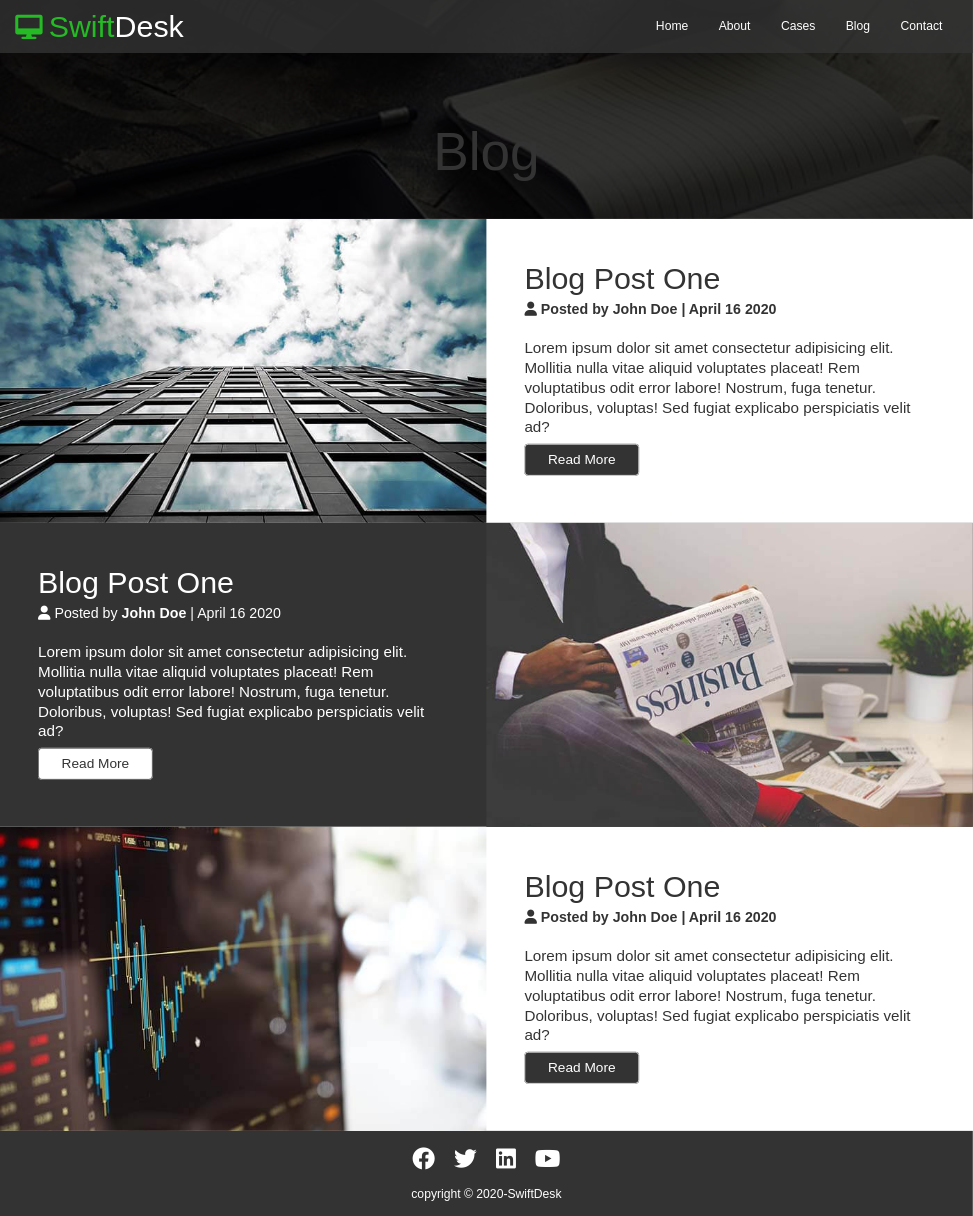
Repository: reemoon-ctrl/swiftdisk-Website-Flexbox
Page: blog.html
The author's editor kept a copy of each file at every save. The page is drawn from the files as they stood at one save, then again after the next save.
The browser window is 1280 px wide. The pictures show the whole page, at 76% of full size.

Above is the page before, as saved 2024-07-29 13:59:37.

### blog.html
<!DOCTYPE html>
<html lang="en">
<head>
    <meta charset="UTF-8">
    <meta name="viewport" content="width=device-width, initial-scale=1.0">
    <title>
        Swift Desk
    </title>
    <link rel="stylesheet" href="https://cdnjs.cloudflare.com/ajax/libs/font-awesome/6.0.0-beta3/css/all.min.css">

    <link rel="stylesheet" href="index.css">
    <link rel="stylesheet" href="media.css">


</head>
<body>
    <div class="blog-case" id="blog-case">
        <h1 class="blog-h1">Blog</h1>
        <header>

            <div class="nav-bar">
                <div class="title-bar">
                    <i class="fas fa-desktop fa-2x" style="color: rgb(37, 187, 37)"></i>
                    <h1 class="title"><span class="fword"> Swift</span>Desk</h1>
                </div>
                <div class="link-bar">
                    <a href="index.html">Home</a>
                    <a href="index.html#about">About</a>
                    <a href="index.html#cases">Cases</a>
                    <a href="index.html#blog">Blog</a>
                    <a href="index.html#contact">Contact</a>
                </div>
            </div>



        </header>
    </div>
    <div>
        <div class="blog-light" id="blog">

            <div class="blog-content-light">

                <h2>Blog Post One</h2>
                <h3><i class="fas fa-user"></i> Posted by <span class="author">John Doe</span> | April 16 2020</h3>
                <p>Lorem ipsum dolor sit amet consectetur
                    adipisicing elit. Mollitia nulla vitae aliquid voluptates placeat! Rem voluptatibus odit error labore! Nostrum, fuga tenetur. Doloribus, voluptas! Sed
                    fugiat explicabo perspiciatis velit ad?</p>
                <a href="index.html">Read More</a>
            </div>
            <div class="img-light"></div>
        </div>
    </div>
    <div>
        <div class="blog-dark" id="blog">
            <div class="img-dark"></div>
            <div class="blog-content-dark">

                <h2>Blog Post One</h2>
                <h3><i class="fa-solid fa-user"></i> Posted by <span class="author">John Doe</span> | April 16 2020</h3>
                <p>Lorem ipsum dolor sit amet consectetur
                    adipisicing elit. Mollitia nulla vitae aliquid voluptates placeat! Rem voluptatibus odit error labore! Nostrum, fuga tenetur. Doloribus, voluptas! Sed
                    fugiat explicabo perspiciatis velit ad?</p>
                <a href="index.html">Read More</a>
             </div>
        </div>
    </div>
    <div class="last-blog">
        <div class="blog-light" id="blog">

            <div class="blog-content-light">

                <h2>Blog Post One</h2>
                <h3><i class="fa-solid fa-user"></i> Posted by <span class="author">John Doe</span> | April 16 2020</h3>
                <p>Lorem ipsum dolor sit amet consectetur
                    adipisicing elit. Mollitia nulla vitae aliquid voluptates placeat! Rem voluptatibus odit error labore! Nostrum, fuga tenetur. Doloribus, voluptas! Sed
                    fugiat explicabo perspiciatis velit ad?</p>
                <a href="index.html">Read More</a>
            </div>
            <div class="img-light"></div>
        </div>
    </div>


    <footer>
            <ul class="footer-icon">
                <li><a href=""><i class="fa-brands fa-facebook"></i></a></li>
                <li><a href=""><i class="fa-brands fa-twitter"></i></a></li>
                <li><a href=""><i class="fa-brands fa-linkedin"></i></a></li>
                <li><a href=""><i class="fa-brands fa-youtube"></i></a></li>
            </ul>
            <p>copyright &copy; 2020-SwiftDesk</p>
    </footer>

</body>
</html>

### index.css
@import url('https://fonts.googleapis.com/css2?family=Open+Sans:ital,wght@0,300..800;1,300..800&family=Poppins:ital,wght@0,100;0,200;0,300;0,400;0,500;0,600;0,700;0,800;0,900;1,100;1,200;1,300;1,400;1,500;1,600;1,700;1,800;1,900&display=swap');


*{
    box-sizing: border-box;
    margin: 0;
    padding: 0;
}

body{
    font-family: 'Open Sans ', sans-serif;
}
h1,h2{
    font-weight: 300;
}
.nav-bar{
    display: flex;
    justify-content:space-between ;
    padding: 20px 20px;
    color:#fff;
    background-color: #333333cd;
    position: fixed;
    top: 0px;
    height:70px;
    width:100vw;
}
.title-bar{
    align-items: center;
    flex-grow: 1;
    display: flex;
    gap:.5rem;


}
.title-bar h1{
    display:inline-block;
    font-size:2.5rem;
    font-weight: 400;
}

.link-bar{

    /* flex-grow:1 ; */
    align-self: center;
    display: flex;
}
.link-bar a{
    padding: 23.5px 20px;
    color:#fff;
    text-decoration: none;


}
.link-bar a:hover{
    border-bottom: 2px #25bb25 solid;
}
.fword{
    color:#25bb25;
}
.show-case{
   height:100vh;
   text-align: center;
   color:#fff;
   position: relative;
   background:  url('img/home/showcase.jpg') no-repeat center center/cover;
}
.show-case *{
    z-index: 10;
}
.show-case::before{
    content:'';
    position: absolute;
    background: hsla(0%, 0%, 0%, 0.5);
    left: 0;
    top:0;
    width: 100%;
    height:100%;
}
.hd-content{
    padding-top: 18rem;
}
.hd-content h1{
    font-size: 3rem;
}
.hd-content p{
    font-size: 1.5rem;
    padding-top: .8rem;
    padding-bottom: .8rem;
}
.hd-content a{
    color: #fff;
    background:#45c745 ;
    padding: 10px 30px;
    border-radius: 5px;
    text-decoration: none;
    text-align: center;
    display: inline-block;
}
.about-section ul{
    display: flex;
    list-style: none;
    gap: 20px;

}
.about-srvice{
    padding: 50px ;
}
.about-srvice li{
    text-align: center;
}
.about-srvice li i{
    background-color: rgb(69, 199, 69);
    color:#fff;
    width:70px;
    height: 70px;
    border-radius: 70px;
    font-size: 40px;
    padding-top:15px ;


}
.about-srvice li h3{
    padding-top: 20px;
}
.about-srvice li p{
    padding-top: 20px;
    padding-bottom: 30px;
    font-size: 20px;
    color: dimgrey;
}

.solutions{
    display:flex;
    background: #45c745;

}
.solutions .img{
    width:50%;
    background: url('/img/home/people.jpg') center center/cover no-repeat;

}
.solution-content{
    color:#fff;
    padding:20px 30px;
    height:25rem;
    width: 50%;
}
.solution-content h2{
    font-size: 40px;
    font-weight: 500;
    padding: 1.5rem 0px;
}
.solution-content p{
    font-size: 20px;
    line-height: 1.3;
    margin-bottom: 20px;
}
.solution-content a{
    padding: 10px 40px;
    border: 1px solid;
    color:#fff;
    text-decoration: none;
    border-radius: 5px;
    font-size: 18px;
    display: inline-block;

}
.Business-case{
    width: 100vw;
}
.Business-case-content{
    text-align: center;
    padding-left: 30px;
    padding-right: 30px;
}
.Business-case-content h3{
    padding: 30px 0px;
}
.Business-case-content h2{
   padding-bottom: 30px;
    font-size: 40px;
    font-weight: 500;
}
.Business-case-content p{
    padding-bottom: 30px;
    font-size: 20px;
}
.BC-image{
    display: grid;
    grid-template-columns:25% 25% 25% 25%;
   gap: 20px;
   padding: 40px 0px;
}
.BCimg{
    width: 100%;
    height:100%;
    object-fit: cover;


}
.BCimg:hover{
    opacity: 0.7;
}
/* //////////////////////////////////// */
.blog{
    display:flex;
    background: #5145f3;
    flex-direction: row-reverse;

}
.img{
    width:50%;
    background: url('/img/home/blog.jpg') center center/cover no-repeat;

}
.blog-content{
    color:#fff;
    padding:20px 30px;
    height:25rem;
    width: 50%;
}
.blog-content h2{
    font-size: 40px;
    font-weight: 500;
    padding: 1.5rem 0px;
}
.blog-content p{
    font-size: 20px;
    line-height: 1.3;
    margin-bottom: 20px;
}
.blog-content a{
    padding: 10px 40px;
    border: 1px solid;
    color:#fff;
    text-decoration: none;
    border-radius: 5px;
    font-size: 18px;
    display: inline-block;

}
.our-team{
    padding-bottom: 40px;
}
.team-image{
    display: flex;
    justify-content: space-around;
    width: 100vw;
    list-style: none;
    text-align: center;

}
.team-image li h4{
    padding: 15px;
}
.tmimg{
    width: 90%;
    height:70%;
    border-radius: 70%;

}
.request{
    display: flex;
    background-color: #f4f4f4;
}
.request .img{
    background: url(/img/home/contact.jpg);
}
.form-content{
    color:#333;
    padding:20px 30px;
    height:25rem;
    width: 50%;
}
.form-content h2{
    color:#333;
    font-size: 40px;
    font-weight: 500;
    padding: 1.5rem 0px;
    font-weight:lighter;
}
.requwst-form{
    display: flex;
    flex-direction: column;
    gap :20px;

}
.requwst-form input{
border: #ddd;
color: #333;
font-size: 15px;
padding: 10px;
}
.requwst-form input:focus{
    outline-color:#25bb25 ;
}
.requwst-form input[type=submit]{
    background: #25bb25;
    color:#fff;
    cursor: pointer;
    border-radius: 5px;


}
.requwst-form input[type=submit]:hover{
    background-color: #6de66d;

}
footer{
    background: #333;
    padding: 20px ;
}
.footer-icon{
    display: flex;
    align-items: center;
    justify-content: center;
    gap:25px;
}
.footer-icon li{
    list-style: none;
}
.footer-icon li a{
    color: #fff;
    font-size: 30px;
}
.footer-icon li a:hover{
    color: #45c745;
}

footer p{
    text-align: center;
    color: #fff;
    padding-top: 20px;

}
/* //////////blog page//////////////// */
.blog-case{
    height:40vh;
    text-align: center;
    color:#fff;
    position: relative;
    background:  url('img/home/blog.jpg') no-repeat center center/cover ;
 }

 .blog-case *{
    z-index: 10;
 }


 .blog-case::before{
    content:'';
    position: absolute;
    background: hsla(0, 0%, 0%, 0.8);
    left: 0;
    top:0;
    width: 100%;
    height:100%;

 }

.blog-h1{
    height:100%;
    font-size: 70px;
    font-weight: 400;
    padding-top: 10rem;
    text-align: center;

    /* position:relative; */

 }
 .blog-light{
    display:flex;
    background: #fff;
    flex-direction: row-reverse;

}
.img-light{
    width:50%;
    background: url('/img/blog/blog1.jpg') center center/cover no-repeat;

}
.blog-content-light{
    color:#333;
    padding:20px 30px;
    height:25rem;
    width: 50%;
    padding: 50px;
}
.blog-content-light h2{

    font-size: 40px;
    font-weight: 500;
    padding: .4rem 0px;
}
.blog-content-light h3{
    padding-bottom: 1.7rem;
}
.blog-content-light p{
    font-size: 20px;
    line-height: 1.3;
    margin-bottom: 20px;
}
.blog-content-light a{
    padding: 10px 30px;
    border: 1px solid;
    color:#fff;
    background-color: #333;
    text-decoration: none;
    border-radius: 5px;
    font-size: 18px;

}
.blog-dark{
    display:flex;
    background: #333;
    flex-direction: row-reverse;

}
.img-dark{
    width:50%;
    height:25rem;
    background: url('/img/blog/blog2.jpg') center center/cover no-repeat;

}
.blog-content-dark{
    color:#fff;
    padding:20px 30px;
    height:25rem;
    width: 50%;
    padding: 50px;
}
.blog-content-dark h2{
    font-size: 40px;
    font-weight: 500;
    padding: .4rem 0px;
}
.blog-content-dark h3{
    padding-bottom: 1.7rem;
    font-weight:normal;
}
.blog-content-dark p{
    font-size: 20px;
    line-height: 1.3;
    margin-bottom: 20px;
}
.blog-content-dark a{
    padding: 10px 30px;
    border: 1px solid;
    color:#333;
    background-color: #fff;
    text-decoration: none;
    border-radius: 5px;
    font-size: 18px;

}
.last-blog .img-light{
    width:50%;
    background: url('/img/blog/blog3.jpg') center center/cover no-repeat;

}
.author{
    font-weight: 700;
}

### media.css
@media screen and (max-width:768px){
    .show-case{
        height:50vh;
    }
    .nav-bar{
        flex-direction: column;
        height:140px;
        justify-content: center;
        align-items: center;

    }
    .hd-content{
        padding-top: 15rem;
    }
    .hd-content h1{
        font-size: 1.5rem;
    }
    .hd-content p{
        font-size: .7rem;
        padding-top: .8rem;
        padding-bottom: .8rem;
    }
    .about-section ul{
        flex-direction: column;
    }
    .solutions{
        flex-direction: column;
    }
    .solutions .img{
        width:100%;
        height: 25rem;
    }
    .solution-content{
        width:100%;
        height: 100%;
    }
    .solution-content h2{
        /* font-size: 20px; */
    }
    .solution-content p{
        /* font-size: 15px;
        line-height:1.1 ; */
    }
    .BC-image{
        grid-template-columns:50% 50%;
    }
    .blog{
        flex-direction: column;

    }
    .img{
        width:100% ;
        height:10rem;
    }
    .blog-content{
        width:100%;
    }
    .team-image{
        flex-direction: column;
        gap :20px;
    }
    .request{
        flex-direction: column;
    }
    .request .img{
        width:100%;
        height:400px;
    }
    .form-content{
        width:100%;
    }
    /* blog.html */

    .blog-light{
        flex-direction: column-reverse;
    }
    .blog-content-light{
        width:100%;
    }
    .img-light{
        width:100%;
        height:25rem;
    }
    .blog-h1{
        font-size: 50px;
    }
    .blog-dark{
        flex-direction: column;
    }
    .img-dark{
        width:100%;
        height:25rem;
    }
    .blog-content-dark{
        width:100%;
    }


}

After the next save:
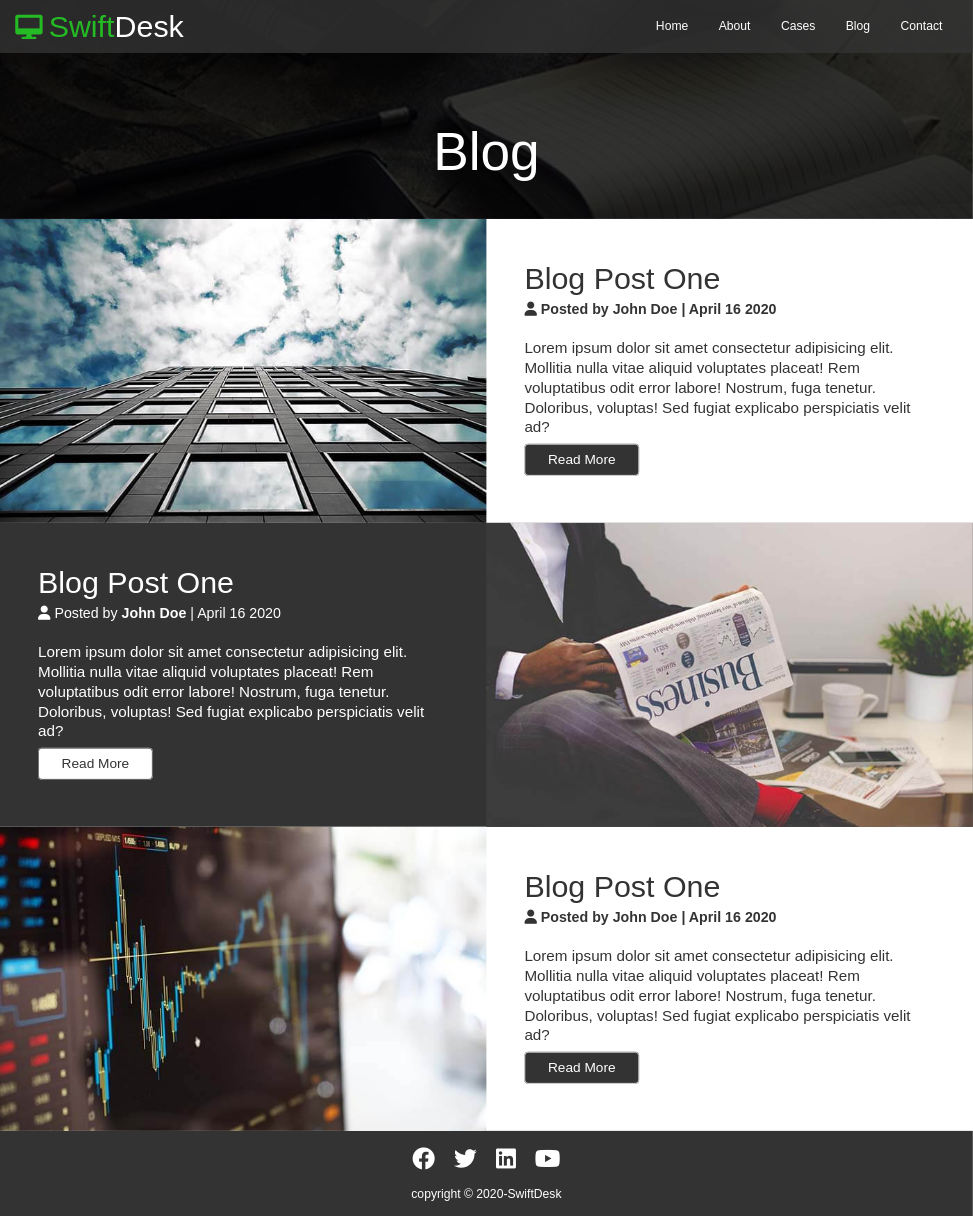
Saved 14 s later.
--- a/index.css
+++ b/index.css
@@ -342,8 +342,10 @@ footer p{
     background:  url('img/home/blog.jpg') no-repeat center center/cover ;
  }
 
- .blog-case *{
-    z-index: 10;
+ .blog-case header,
+ .blog-case .blog-h1 {
+     position: relative;
+     z-index: 2; /* Ensure content is above the overlay */
  }
 
 
